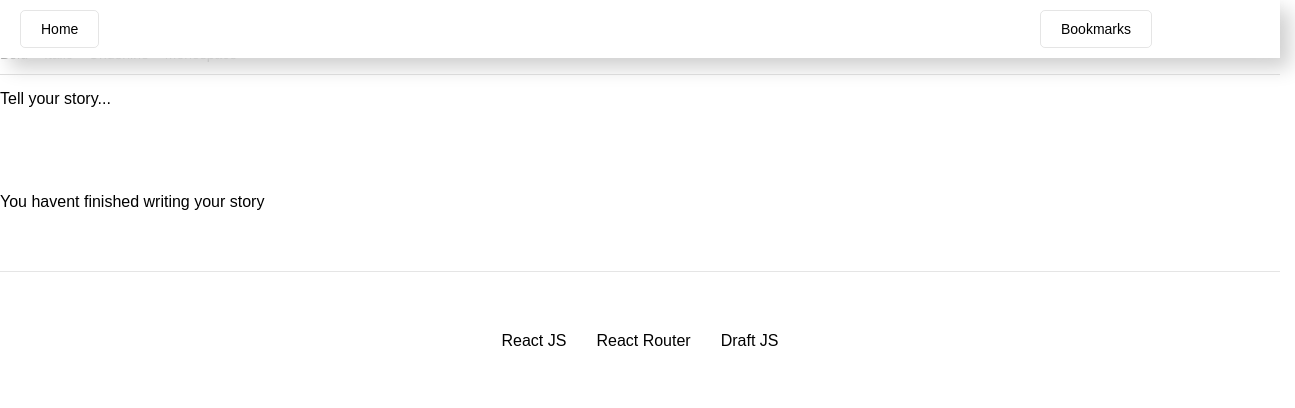
Repository: DevLaukey/task
Page: /react-mini-blog/new
These files come from the project's save history. The page is drawn as it stood at one moment and after the next save; the edit follows.
The browser window is 1280 px wide. The page is 1295 px wide, then 1280 px, so the pictures cover 1295 px, including what lies to the right of the window. The pictures show the whole page.
The project was rebuilt for these pictures with package versions that can differ from the ones it lists, and the page was loaded fresh each time. Also part of the build but not shown: src/data.js, src/helper.js, src/Components/content/content.css, src/Components/content/Bookmarks.js, src/Components/content/Post.js, src/Components/content/Posts.js, src/Components/content/Content.js, src/Components/content/Bookmark.js and 1 more.

Above is the page before, as saved 2022-06-13 13:57:37.

After the next save:
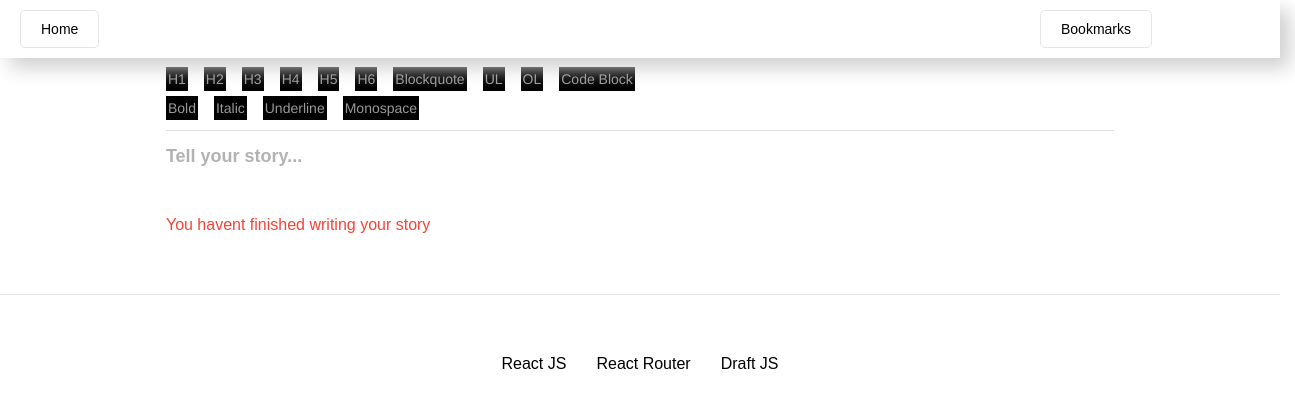
Saved 25 s later.
--- a/src/Components/posts/posts.css
+++ b/src/Components/posts/posts.css
@@ -106,6 +106,64 @@
   color: rgba(0, 0, 0.75);
 }
 
+
+.input-title {
+  font-size: 32px;
+  width: 100%;
+  font-weight: 700;
+  border: none;
+  box-shadow: none;
+  padding: 15px 0;
+}
+
+.input-title:focus {
+  outline: none;
+}
+
+.richtext-editor {
+  width: calc(100% / 1.35);
+  margin: 0 auto;
+}
+
+.RichEditor-styleButton {
+  background-color: #000;
+  color: #fff;
+  padding: 2px 5px;
+  margin: 0;
+  margin-right: 10px;
+  border: 2px solid transparent;
+}
+
+.RichEditor-activeButton {
+  border-color: #000;
+  color: #000;
+  background-color: transparent;
+}
+
+.public-DraftEditorPlaceholder-root {
+  padding: 0;
+  position: absolute;
+  color: rgba(0, 0, 0, 0.3);
+  font-weight: 700;
+  font-size: 18px;
+}
+
+.public-DraftEditorPlaceholder-inner {
+  font-size: 18px;
+}
+
+.msg-success {
+  color: #4caf50;
+}
+
+.msg-error {
+  color: #f44336;
+}
+
+
+
+/* MEDIA  QUERY */
+
 @media screen and (min-width: 768px) {
   .single-post__body img {
     width: 500px;
